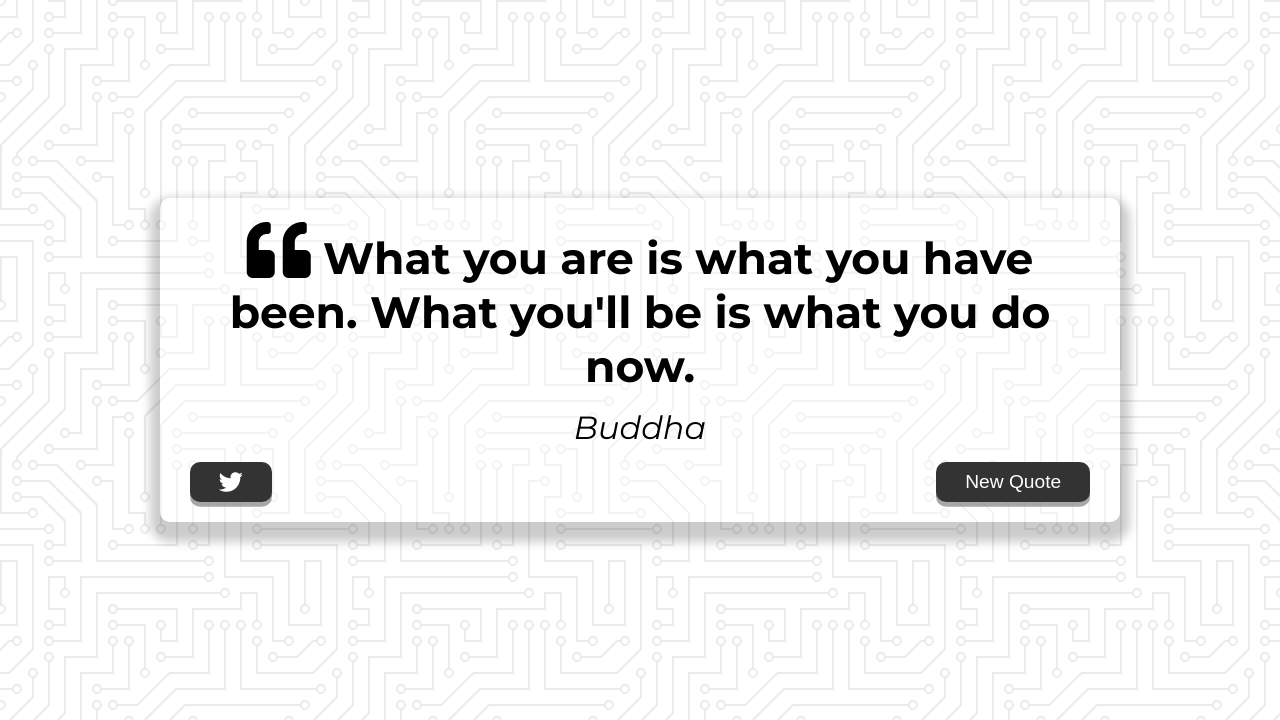
Repository: Badynko/quote-generator
Page: index.html
These files come from the project's save history. The page is drawn as it stood at one moment and after the next save; the edit follows.
The browser window is 1280 px wide. The pictures show the whole page.
The page's requests for data from a server got no answer. Some web libraries are served in a nearby version.

Above is the page before, as saved 2024-05-09 17:31:53.

After the next save:
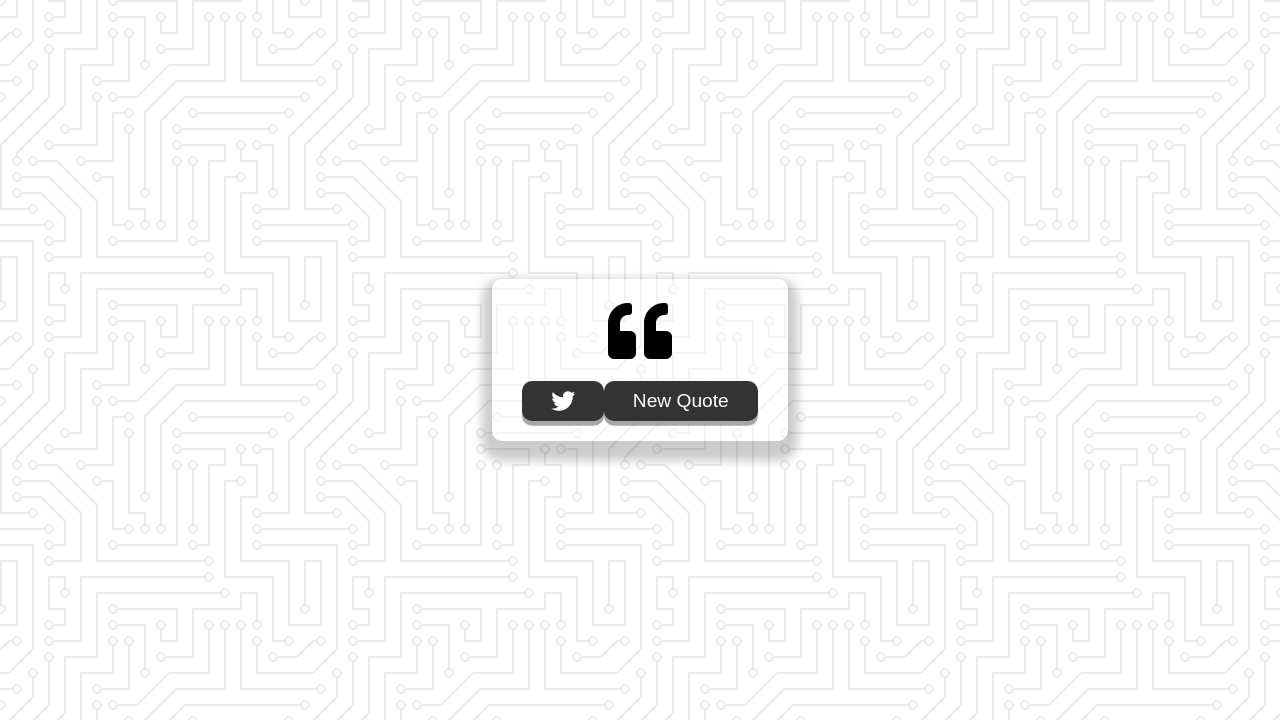
Saved 25 s later.
--- a/index.html
+++ b/index.html
@@ -18,13 +18,11 @@
       <!-- Quote -->
       <div class="quote-text">
         <i class="fas fa-quote-left"></i>
-        <span id="quote">
-          What you are is what you have been. What you'll be is what you do now.
-        </span>
+        <span id="quote"> </span>
       </div>
       <!-- Author -->
       <div class="quote-author">
-        <span id="author">Buddha</span>
+        <span id="author"></span>
       </div>
       <!-- Buttons -->
       <div class="button-container">
--- a/script.js
+++ b/script.js
@@ -2,7 +2,7 @@ const quoteContainer = document.getElementById("quote-container");
 const quoteText = document.getElementById("quote");
 const authorText = document.getElementById("author");
 const twitterBtn = document.getElementById("twitter");
-const newQuoteBtn = document.getElementById("quote-container");
+const newQuoteBtn = document.getElementById("new-quote");
 
 let apiQuotes = [];
 
